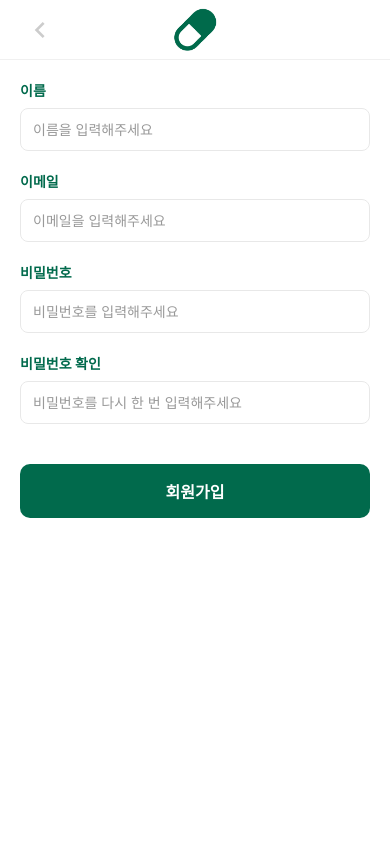
Repository: Sesac-icare/FrontEndiCare
Screen: /SignUp (app in iCare/)
The author's editor kept a copy of each file at every save. The screen is drawn from the files as they stood at one save, then again after the next save.
The app was drawn by React Native's web renderer in a window 390 px wide. The project was rebuilt for these pictures with package versions that can differ from the ones it lists, and the page was loaded fresh each time. Some packages were replaced by stand-ins written for this rebuild. Also part of the build but not shown: iCare/components/Header.js, iCare/components/Contents.js, iCare/components/HospitalList.js, iCare/components/PharmacyList.js, iCare/components/MyPage.js.

Above is the screen before, as saved 2025-02-06 10:09:11.

After the next save:
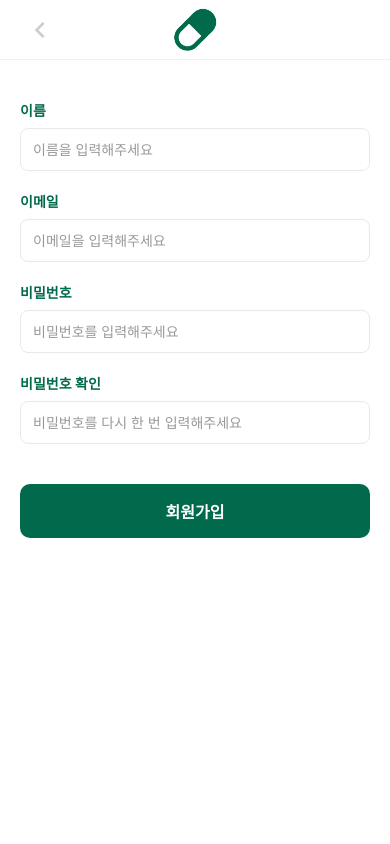
Saved 23 s later.
--- a/iCare/components/auth/SignUp.js
+++ b/iCare/components/auth/SignUp.js
@@ -119,7 +119,8 @@ const styles = StyleSheet.create({
   },
   content: {
     flex: 1,
-    padding: 20
+    padding: 20,
+    paddingTop: 40
   },
   inputWrapper: {
     padding: 20,
